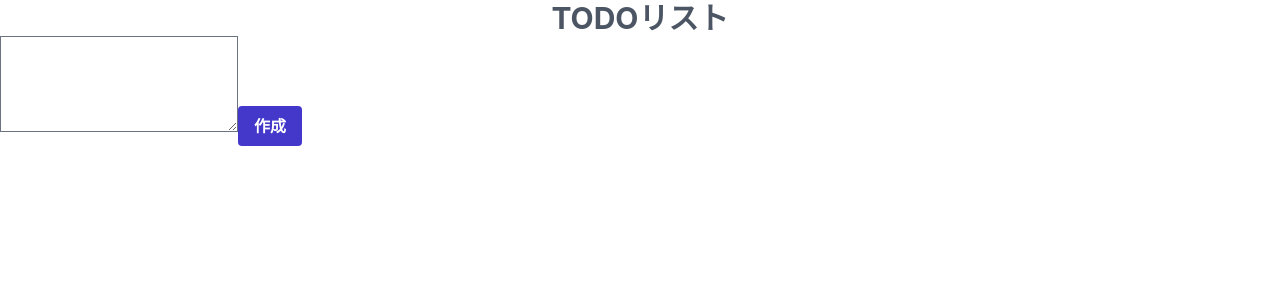
Repository: 1718wani/tsmemoapp
Page: /
The author's editor kept a copy of each file at every save. The page is drawn from the files as they stood at one save, then again after the next save.
The browser window is 1280 px wide. The pictures show the whole page.
The project was rebuilt for these pictures with package versions that can differ from the ones it lists, and the page was loaded fresh each time. Also part of the build but not shown: webpack.config.js, src/App.css.

Above is the page before, as saved 2023-06-10 20:16:38.

### src/index.tsx
import React from 'react';
import ReactDOM from 'react-dom/client';
import './index.css';
import App from './App';
import  "../src/input.css"

const root = ReactDOM.createRoot(
  document.getElementById('root') as HTMLElement
);
root.render(
  <React.StrictMode>
    <App />
  </React.StrictMode>
);

### src/App.tsx
import React, { FC, useState } from "react";
import "./App.css";
import { type } from "os";

function App() {
  const [inputValue, setInputValue] = useState("");
  const [notes, setNotes] = useState<Note[]>([]);
  const [imagePreview, setImagePreview] = useState<string | undefined>();

  type Note = {
    inputValue: string;
    id: number;
    checked: boolean;
    imageUrl?: string;
  };

  const handleChange = (e: React.ChangeEvent<HTMLTextAreaElement>) => {
    setInputValue(e.target.value);
  };

  const handleSubmit = (e: React.FormEvent<HTMLFormElement>) => {
    e.preventDefault();

    const newNote: Note = {
      inputValue: inputValue,
      id: notes.length,
      checked: false,
      imageUrl: imagePreview,
    };

    setNotes([newNote, ...notes]);
    setImagePreview(undefined);
    setInputValue("");
  };

  const handlePaste = (event: React.ClipboardEvent<HTMLTextAreaElement>) => {
    const items = event.clipboardData?.items;
    console.log(items);

    if (items) {
      for (let i = 0; i < items.length; i++) {
        const item = items[i];
        if (item.type.indexOf("image") !== -1) {
          console.log(item);
          const file = item.getAsFile();
          const blob = new Blob([file!], { type: file!.type });
          const imageUrl = URL.createObjectURL(blob);
          setImagePreview(imageUrl);
        }
      }
    }
  };

  return (
    <div>
      <div>
        <h2 className="font-bold text-center text-gray-600 text-3xl" >TODOリスト</h2>
        <div>

        </div>
        <form onSubmit={(e) => handleSubmit(e)}>
          <textarea
            value={inputValue}
            onPaste={handlePaste}
            onChange={(e) => handleChange(e)}
            className="border border-gray-500 focus:border-blue-500 h-24 p-2"
          />
          <input type="submit" value="作成" className="bg-indigo-700 font-semibold text-white py-2 px-4 rounded " />
        </form>
        <div>
          {imagePreview && <img src={imagePreview} alt="Pasted preview" />}
        </div>
        <ul>
          {notes.map((todo) => (
            <li key={todo.id}>{todo.inputValue}</li>
          ))}
        </ul>
      </div>
    </div>
  );
}

export default App;

### src/input.css
@tailwind base;
@tailwind components;

.btn{
    @apply font-semibold text-white py-2 px-4 rounded;
}

@tailwind utilities;

Loaded but not shown: public/index.html (common file); src/index.css (common file); tailwind.config.js (common file)

After the next save:
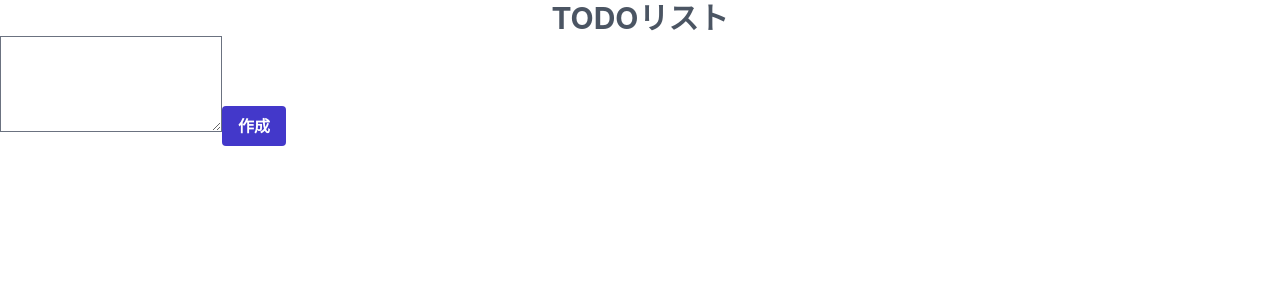
Saved 6 s later.
--- a/src/App.tsx
+++ b/src/App.tsx
@@ -63,7 +63,7 @@ function App() {
             value={inputValue}
             onPaste={handlePaste}
             onChange={(e) => handleChange(e)}
-            className="border border-gray-500 focus:border-blue-500 h-24 p-2"
+            className="border border-gray-500 focus:border-blue-500 h-24 "
           />
           <input type="submit" value="作成" className="bg-indigo-700 font-semibold text-white py-2 px-4 rounded " />
         </form>
